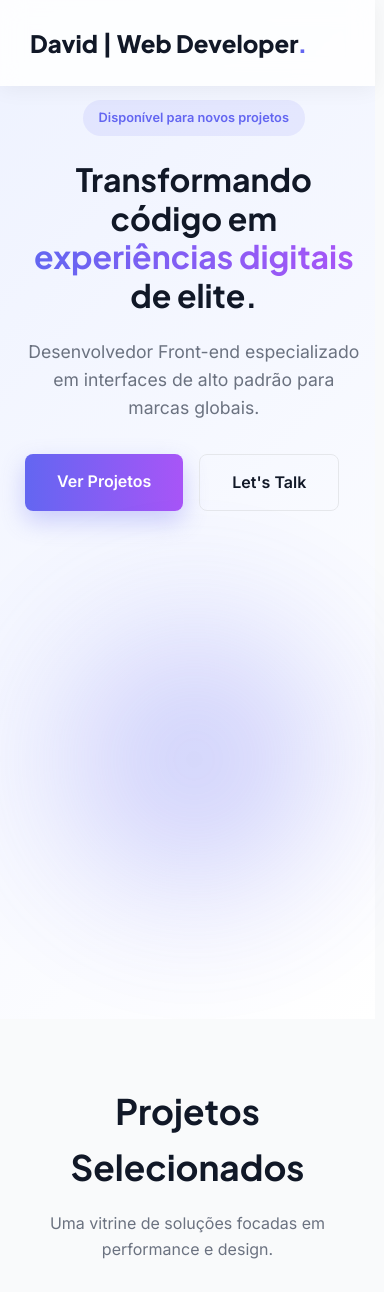
Repository: davidfsillva/David_Ferreira
Page: index.html
These files come from the project's save history. The page is drawn as it stood at one moment and after the next save; the edit follows.
The browser window is 375 px wide. The page is 384 px wide, so the pictures cover 384 px, including what lies to the right of the window. The pictures show the part of the page from y = 0 to 1292 px (the page is 3690 px tall before and 3851 px after).
Pictures or frames that could not be fetched are drawn as grey boxes.

Above is the page before, as saved 2026-02-11 11:49:35.

### index.html
<!DOCTYPE html>
<html lang="pt-BR">
<head>
    <meta charset="UTF-8">
    <meta name="viewport" content="width=device-width, initial-scale=1.0">

    <title>David Ferreira | Desenvolvedor Front-end & UI Designer Premium</title>

    <!-- SEO Primário -->
    <meta name="description" content="David Ferreira é desenvolvedor front-end especializado em interfaces premium, landing pages de alta conversão e experiências digitais modernas.">
    <meta name="keywords" content="Desenvolvedor Front-end, Web Designer, UI Designer, Landing Page, Desenvolvimento Web, Freelancer Brasil">
    <meta name="author" content="David Ferreira">
    <meta name="robots" content="index, follow">
    <link rel="canonical" href="https://seudominio.com/">

    <!-- Open Graph (Facebook, LinkedIn) -->
    <meta property="og:title" content="David Ferreira | Desenvolvedor Front-end Premium">
    <meta property="og:description" content="Interfaces digitais de alto padrão, focadas em performance e conversão.">
    <meta property="og:image" content="https://seudominio.com/preview.jpg">
    <meta property="og:url" content="https://seudominio.com/">
    <meta property="og:type" content="website">

    <!-- Twitter Card -->
    <meta name="twitter:card" content="summary_large_image">
    <meta name="twitter:title" content="David Ferreira | Web Developer">
    <meta name="twitter:description" content="Desenvolvimento web premium focado em performance e design moderno.">
    <meta name="twitter:image" content="https://seudominio.com/preview.jpg">

    <!-- Favicon -->
    <link rel="icon" href="favicon.ico" type="image/x-icon">

    <!-- Fonts -->
    <link href="https://fonts.googleapis.com/css2?family=Inter:wght@300;400;600&family=Plus+Jakarta+Sans:wght@700;800&display=swap" rel="stylesheet">

    <link rel="stylesheet" href="style.css">
</head>


<body>

    <!-- NAVBAR -->
    <nav class="navbar">
        <div class="logo">David | Web Developer<span>.</span></div>
        <ul class="nav-links">
            <li><a href="#about">Sobre</a></li>
            <li><a href="#portfolio">Projetos</a></li>
            <li><a href="#contact" class="btn-sm">Contato</a></li>
        </ul>
    </nav>

    <!-- HERO -->
    <section class="hero">
        <div class="hero-content">
            <span class="badge">Disponível para novos projetos</span>

            <h1>
                Transformando código em
                <span>experiências digitais</span> de elite.
            </h1>

            <p>
                Desenvolvedor Front-end especializado em interfaces de alto padrão para marcas globais.
            </p>

            <div class="hero-btns">
                <a href="#portfolio" class="btn-primary">Ver Projetos</a>
                <a href="#contact" class="btn-secondary">Let's Talk</a>
            </div>
        </div>

        <!-- Visual direito -->
        <div class="hero-visual">
            <div class="hero-glow"></div>
        </div>
    </section>

    <!-- PORTFÓLIO -->
    <section id="portfolio" class="portfolio">
        <div class="section-header">
            <h2>Projetos Selecionados</h2>
            <p>Uma vitrine de soluções focadas em performance e design.</p>
        </div>

        <div class="portfolio-grid">

            <!-- Projeto 1 -->
            <a href="https://davidfsillva.github.io/Alex-Carter/" target="_blank" class="project-link">
                <div class="project-card">
                    <div class="card-image">
                        <img src="img/alex.png"
                            alt="Crypto Dashboard">
                        <div class="card-overlay">
                            <span>Ver Detalhes</span>
                        </div>
                    </div>
                    <div class="card-info">
                        <h3>Alex Carter | Professional Athlete Landing Page</h3>
                        <p>Developed a high-impact personal branding website for a professional athlete.</p>
                    </div>
                </div>
            </a>

            <!-- Projeto 2 -->
            <a href="https://davidfsillva.github.io/e-hammershark/" target="_blank" class="project-link">
                <div class="project-card">
                    <div class="card-image">
                        <img src="img/ecomerce.png"
                            alt="Crypto Dashboard">
                        <div class="card-overlay">
                            <span>Ver Detalhes</span>
                        </div>
                    </div>
                    <div class="card-info">
                        <h3>Hammershark | Fitness Apparel E-commerce</h3>
                        <p>Strategic e-commerce website combining branding, product presentation and seamless shopping experience.</p>
                    </div>
                </div>
            </a>

            <!-- Projeto 3 -->
            <a href="https://davidfsillva.github.io/landing-page/" target="_blank" class="project-link">
                <div class="project-card">
                    <div class="card-image">
                        <img src="img/landingpage.png"
                            alt="Crypto Dashboard">
                        <div class="card-overlay">
                            <span>Ver Detalhes</span>
                        </div>
                    </div>
                    <div class="card-info">
                        <h3>Lucas Andrade | Lead Generation Landing Page</h3>
                        <p>Strategic personal trainer website built to attract and convert local clients.</p>
                    </div>
                </div>
            </a>

            <!-- Projeto 4 -->
            <a href="https://davidfsillva.github.io/beatriz-almeida-adv/" target="_blank" class="project-link">
                <div class="project-card">
                    <div class="card-image">
                        <img src="img/adv.png"
                            alt="Crypto Dashboard">
                        <div class="card-overlay">
                            <span>Ver Detalhes</span>
                        </div>
                    </div>
                    <div class="card-info">
                        <h3>Beatriz Almeida Advogados | Institutional Website</h3>
                        <p>Institutional website designed to convey authority, trust and strategic positioning.</p>
                    </div>
                </div>
            </a>


        </div>
    </section>

    <!-- MODAL -->
    <div class="modal-overlay" id="modalOverlay">
        <div class="modal-content">
            <button class="close-modal">&times;</button>

            <div class="modal-body">
                <div class="modal-img" id="modalImg"></div>

                <div class="modal-text">
                    <h2 id="modalTitle">Nome do Projeto</h2>
                    <p id="modalDesc">Descrição detalhada aqui...</p>

                    <div class="tech-tags" id="modalTech"></div>

                    <div class="modal-actions">
                        <a href="#" class="btn-primary">Visitar Website</a>
                        <a href="https://wa.me/5599999999999" target="_blank" class="btn-secondary">
                            Solicitar Similar
                        </a>
                    </div>
                </div>
            </div>
        </div>
    </div>

    <!-- CTA -->
    <section id="contact" class="cta-section">
        <h2>Pronto para elevar seu nível digital?</h2>
        <p>Estou pronto para transformar sua ideia em uma interface de classe mundial.</p>

        <a href="https://wa.me/5599999999999" target="_blank" class="btn-whatsapp">
            Iniciar Conversa no WhatsApp
        </a>
    </section>

    <!-- FOOTER -->
    <footer>
        <div class="footer-content">
            <p>&copy; 2026 Developer Premium. Todos os direitos reservados.</p>

            <div class="social-links">
                <a href="#" target="_blank">Instagram</a>
                <a href="#" target="_blank">LinkedIn</a>
                <a href="#" target="_blank">GitHub</a>
            </div>
        </div>
    </footer>

    <!-- JS -->
    <script src="scripts.js"></script>

</body>
</html>

### style.css
:root {
  --primary: #6366f1;
  --primary-light: #818cf8;
  --accent: #a855f7;
  --text-dark: #111827;
  --text-light: #6b7280;
  --bg-light: #f9fafb;
  --white: #ffffff;
  --transition: all 0.3s ease;
}

/* RESET */
* {
  margin: 0;
  padding: 0;
  box-sizing: border-box;
}

html {
  scroll-behavior: smooth;
}

body {
  font-family: 'Inter', sans-serif;
  background: var(--bg-light);
  color: var(--text-dark);
  line-height: 1.6;
  animation: fadePage 0.8s ease-in-out;
}

@keyframes fadePage {
  from { opacity: 0; transform: translateY(10px); }
  to { opacity: 1; transform: translateY(0); }
}

/* NAVBAR */
.navbar {
  position: fixed;
  width: 100%;
  top: 0;
  padding: 1.5rem 8%;
  display: flex;
  justify-content: space-between;
  align-items: center;
  background: rgba(255,255,255,0.85);
  backdrop-filter: blur(12px);
  box-shadow: 0 4px 20px rgba(0,0,0,0.05);
  z-index: 1000;
  transition: var(--transition);
}

.logo {
  font-family: 'Plus Jakarta Sans', sans-serif;
  font-weight: 800;
  font-size: 1.5rem;
}

.logo span {
  color: var(--primary);
}

.nav-links {
  display: flex;
  list-style: none;
  gap: 2rem;
}

.nav-links a {
  text-decoration: none;
  color: var(--text-light);
  font-weight: 500;
  transition: var(--transition);
}

.nav-links a:hover {
  color: var(--primary);
  transform: translateY(-2px);
}

/* HERO */
.hero {
  min-height: 100vh;
  padding: 120px 8% 60px;
  display: flex;
  align-items: center;
  justify-content: space-between;
  background: linear-gradient(135deg, #eef2ff, #ffffff);
  flex-wrap: wrap;
}

.hero-content {
  max-width: 600px;
  animation: heroFade 1s ease 0.2s both;
}

@keyframes heroFade {
  from { opacity: 0; transform: translateY(40px); }
  to { opacity: 1; transform: translateY(0); }
}

.badge {
  display: inline-block;
  padding: 0.5rem 1rem;
  background: rgba(99,102,241,0.1);
  color: var(--primary);
  border-radius: 20px;
  font-size: 0.8rem;
  font-weight: 600;
  margin-bottom: 1.5rem;
}

.hero h1 {
  font-family: 'Plus Jakarta Sans', sans-serif;
  font-size: clamp(2rem, 5vw, 3.5rem);
  line-height: 1.2;
  margin-bottom: 1.5rem;
}

.hero h1 span {
  background: linear-gradient(90deg, var(--primary), var(--accent));
  -webkit-background-clip: text;
  -webkit-text-fill-color: transparent;
}

.hero p {
  font-size: 1.1rem;
  color: var(--text-light);
  margin-bottom: 2rem;
}

/* BUTTONS */
.btn-primary,
.btn-secondary,
.btn-whatsapp {
  display: inline-block;
  padding: 0.9rem 2rem;
  border-radius: 8px;
  text-decoration: none;
  font-weight: 600;
  transition: all 0.3s ease;
  position: relative;
  overflow: hidden;
}

.btn-primary {
  background: linear-gradient(90deg, var(--primary), var(--accent));
  color: white;
  box-shadow: 0 10px 25px rgba(99,102,241,0.3);
}

.btn-primary:hover {
  transform: translateY(-4px) scale(1.03);
}

.btn-primary:active {
  transform: scale(0.96);
}

.btn-primary::after {
  content: "";
  position: absolute;
  width: 200%;
  height: 200%;
  background: radial-gradient(circle, rgba(255,255,255,0.4), transparent 60%);
  top: -50%;
  left: -50%;
  opacity: 0;
  transition: opacity 0.4s ease;
}

.btn-primary:hover::after {
  opacity: 1;
}

.btn-secondary {
  border: 1px solid #e5e7eb;
  color: var(--text-dark);
  margin-left: 1rem;
}

.btn-secondary:hover {
  background: #f3f4f6;
  transform: translateY(-4px);
}

.btn-secondary:active {
  transform: scale(0.96);
}

.btn-whatsapp {
  background: #25d366;
  color: white;
}

.btn-whatsapp:hover {
  transform: translateY(-4px) scale(1.03);
}

.btn-whatsapp:active {
  transform: scale(0.96);
}

.hero-btns {
  display: flex;
  flex-wrap: wrap;
}

/* HERO VISUAL */
.hero-visual {
  flex: 1;
  min-height: 400px;
  display: flex;
  justify-content: center;
  align-items: center;
}

.hero-glow {
  width: 350px;
  height: 350px;
  background: radial-gradient(circle, rgba(99,102,241,0.4), transparent 70%);
  border-radius: 50%;
  filter: blur(60px);
  animation: pulseGlow 4s infinite ease-in-out;
}

@keyframes pulseGlow {
  0% { transform: scale(1); opacity: 0.7; }
  50% { transform: scale(1.1); opacity: 1; }
  100% { transform: scale(1); opacity: 0.7; }
}

/* PORTFOLIO */
.portfolio {
  padding: 6rem 8%;
}

.section-header {
  text-align: center;
  margin-bottom: 4rem;
}

.section-header h2 {
  font-family: 'Plus Jakarta Sans', sans-serif;
  font-size: 2.2rem;
  margin-bottom: 1rem;
}

.section-header p {
  color: var(--text-light);
}

.portfolio-grid {
  display: grid;
  grid-template-columns: repeat(auto-fit, minmax(280px, 1fr));
  gap: 2rem;
}

.project-card {
  background: var(--white);
  border-radius: 16px;
  overflow: hidden;
  box-shadow: 0 10px 30px rgba(0,0,0,0.06);
  cursor: pointer;
  transition: transform 0.4s ease, box-shadow 0.4s ease;
  will-change: transform;
}

.project-card:hover {
  transform: translateY(-12px) scale(1.03);
  box-shadow: 0 25px 50px rgba(99,102,241,0.2);
}

.card-image {
  position: relative;
  overflow: hidden;
}

.card-image img {
  width: 100%;
  height: 220px;
  object-fit: cover;
  display: block;
  transition: transform 0.6s ease;
}

.project-card:hover .card-image img {
  transform: scale(1.08);
}

.card-overlay {
  position: absolute;
  inset: 0;
  background: rgba(99,102,241,0.8);
  display: flex;
  justify-content: center;
  align-items: center;
  color: white;
  font-weight: 600;
  opacity: 0;
  transition: opacity 0.4s ease;
}

.project-card:hover .card-overlay {
  opacity: 1;
}

.card-info {
  padding: 1.5rem;
}

.card-info h3 {
  margin-bottom: 0.5rem;
}

.card-info p {
  color: var(--text-light);
}

.project-link {
  text-decoration: none;
  color: inherit;
  display: block;
}


/* CTA */
.cta-section {
  padding: 5rem 8%;
  text-align: center;
  background: linear-gradient(135deg, #eef2ff, #ffffff);
}

/* FOOTER */
footer {
  padding: 2rem 8%;
  background: var(--white);
  border-top: 1px solid #e5e7eb;
}

.footer-content {
  display: flex;
  justify-content: space-between;
  flex-wrap: wrap;
  gap: 1rem;
}

.social-links a {
  text-decoration: none;
  margin-left: 1rem;
  color: var(--text-light);
  transition: var(--transition);
}

.social-links a:hover {
  color: var(--primary);
  transform: translateY(-2px);
}

.cta-section p {
  color: var(--text-light);
  margin-bottom: 2.5rem; /* aumenta espaço abaixo do texto */
}

.btn-whatsapp {
  display: inline-block;
  background: #25d366;
  color: white;
  padding: 1rem 2rem;
  border-radius: 8px;
  text-decoration: none;
  font-weight: 600;
  transition: var(--transition);
  margin-top: 0.5rem; /* pequeno respiro extra */
}


/* MODAL */
.modal-overlay {
  position: fixed;
  inset: 0;
  background: rgba(0,0,0,0.6);
  display: none;
  justify-content: center;
  align-items: center;
  padding: 2rem;
  z-index: 2000;
}

.modal-content {
  background: white;
  width: 100%;
  max-width: 900px;
  border-radius: 20px;
  overflow: hidden;
  animation: modalZoom 0.4s cubic-bezier(.23,1,.32,1);
  position: relative;
}

@keyframes modalZoom {
  from { opacity: 0; transform: scale(0.85) translateY(20px); }
  to { opacity: 1; transform: scale(1) translateY(0); }
}

.modal-body {
  display: grid;
  grid-template-columns: 1fr 1fr;
}

.modal-img {
  min-height: 300px;
  background-size: cover !important;
}

.modal-text {
  padding: 2rem;
}

.close-modal {
  position: absolute;
  top: 20px;
  right: 25px;
  background: none;
  border: none;
  font-size: 2rem;
  cursor: pointer;
  transition: transform 0.3s ease;
}

.close-modal:hover {
  transform: rotate(90deg);
}

/* RESPONSIVO */
@media (max-width: 900px) {
  .hero {
    flex-direction: column;
    text-align: center;
  }

  .hero-visual {
    margin-top: 3rem;
  }

  .modal-body {
    grid-template-columns: 1fr;
  }
}

@media (max-width: 600px) {
  .navbar {
    padding: 1rem 5%;
  }

  .nav-links {
    display: none;
  }

  .hero {
    padding: 100px 5% 60px;
  }

  .portfolio {
    padding: 4rem 5%;
  }

  .cta-section {
    padding: 4rem 5%;
  }

  footer {
    padding: 2rem 5%;
  }

  .footer-content {
    flex-direction: column;
    text-align: center;
  }

  .social-links a {
    margin: 0 0.5rem;
  }
}

### scripts.js
// =============================
// NAVBAR SCROLL EFFECT
// =============================
const navbar = document.querySelector(".navbar");

window.addEventListener("scroll", () => {
  if (window.scrollY > 50) {
    navbar.style.padding = "1rem 8%";
    navbar.style.boxShadow = "0 8px 25px rgba(0,0,0,0.08)";
  } else {
    navbar.style.padding = "1.5rem 8%";
    navbar.style.boxShadow = "0 4px 20px rgba(0,0,0,0.05)";
  }
});

// =============================
// MODAL FUNCTIONALITY
// =============================
const modal = document.querySelector(".modal-overlay");
const modalImg = document.querySelector(".modal-img");
const modalTitle = document.querySelector(".modal-text h3");
const modalDesc = document.querySelector(".modal-text p");
const closeModal = document.querySelector(".close-modal");

const projectCards = document.querySelectorAll(".project-card");

projectCards.forEach(card => {
  card.addEventListener("click", () => {
    const title = card.querySelector("h3").innerText;
    const desc = card.querySelector("p").innerText;
    const img = card.querySelector("img").src;

    modalTitle.innerText = title;
    modalDesc.innerText = desc;
    modalImg.style.backgroundImage = `url(${img})`;

    modal.style.display = "flex";
    document.body.style.overflow = "hidden";
  });
});

// Fechar modal
closeModal.addEventListener("click", () => {
  modal.style.display = "none";
  document.body.style.overflow = "auto";
});

// Fechar clicando fora
modal.addEventListener("click", (e) => {
  if (e.target === modal) {
    modal.style.display = "none";
    document.body.style.overflow = "auto";
  }
});

// Fechar com ESC
document.addEventListener("keydown", (e) => {
  if (e.key === "Escape") {
    modal.style.display = "none";
    document.body.style.overflow = "auto";
  }
});

// =============================
// SCROLL REVEAL ANIMATION
// =============================
const revealElements = document.querySelectorAll(
  ".hero-content, .project-card, .section-header, .cta-section"
);

const observer = new IntersectionObserver(
  (entries) => {
    entries.forEach(entry => {
      if (entry.isIntersecting) {
        entry.target.style.opacity = "1";
        entry.target.style.transform = "translateY(0)";
      }
    });
  },
  { threshold: 0.2 }
);

revealElements.forEach(el => {
  el.style.opacity = "0";
  el.style.transform = "translateY(40px)";
  el.style.transition = "all 0.8s ease";
  observer.observe(el);
});

// =============================
// BUTTON MICRO INTERACTION
// =============================
const buttons = document.querySelectorAll(".btn-primary, .btn-secondary, .btn-whatsapp");

buttons.forEach(btn => {
  btn.addEventListener("mouseenter", () => {
    btn.style.transform = "scale(1.05)";
  });

  btn.addEventListener("mouseleave", () => {
    btn.style.transform = "scale(1)";
  });
});

After the next save:
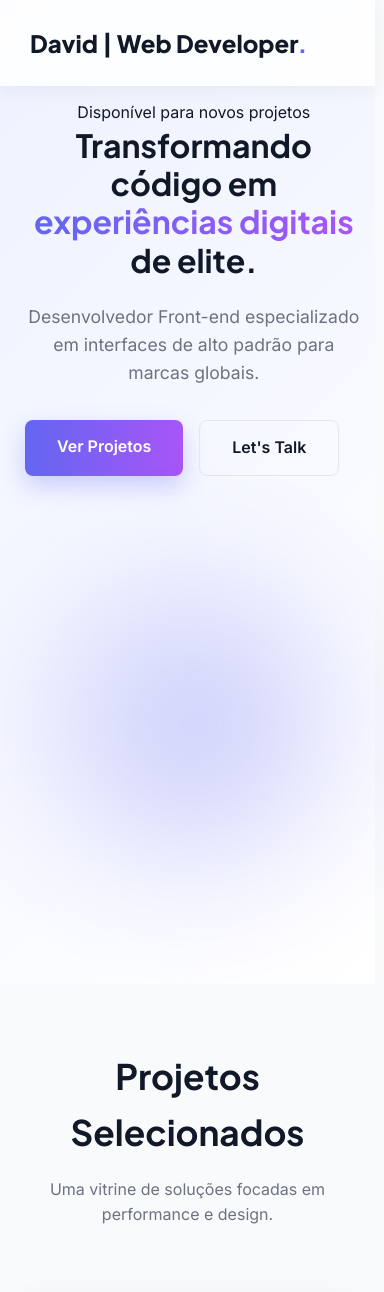
Saved 2 min 34 s later.
--- a/style.css
+++ b/style.css
@@ -98,17 +98,6 @@ body {
   to { opacity: 1; transform: translateY(0); }
 }
 
-.badge {
-  display: inline-block;
-  padding: 0.5rem 1rem;
-  background: rgba(99,102,241,0.1);
-  color: var(--primary);
-  border-radius: 20px;
-  font-size: 0.8rem;
-  font-weight: 600;
-  margin-bottom: 1.5rem;
-}
-
 .hero h1 {
   font-family: 'Plus Jakarta Sans', sans-serif;
   font-size: clamp(2rem, 5vw, 3.5rem);
@@ -137,7 +126,7 @@ body {
   border-radius: 8px;
   text-decoration: none;
   font-weight: 600;
-  transition: all 0.3s ease;
+  transition: var(--transition);
   position: relative;
   overflow: hidden;
 }
@@ -156,22 +145,6 @@ body {
   transform: scale(0.96);
 }
 
-.btn-primary::after {
-  content: "";
-  position: absolute;
-  width: 200%;
-  height: 200%;
-  background: radial-gradient(circle, rgba(255,255,255,0.4), transparent 60%);
-  top: -50%;
-  left: -50%;
-  opacity: 0;
-  transition: opacity 0.4s ease;
-}
-
-.btn-primary:hover::after {
-  opacity: 1;
-}
-
 .btn-secondary {
   border: 1px solid #e5e7eb;
   color: var(--text-dark);
@@ -190,6 +163,7 @@ body {
 .btn-whatsapp {
   background: #25d366;
   color: white;
+  margin-top: 0.5rem;
 }
 
 .btn-whatsapp:hover {
@@ -262,7 +236,6 @@ body {
   box-shadow: 0 10px 30px rgba(0,0,0,0.06);
   cursor: pointer;
   transition: transform 0.4s ease, box-shadow 0.4s ease;
-  will-change: transform;
 }
 
 .project-card:hover {
@@ -316,13 +289,6 @@ body {
   color: var(--text-light);
 }
 
-.project-link {
-  text-decoration: none;
-  color: inherit;
-  display: block;
-}
-
-
 /* CTA */
 .cta-section {
   padding: 5rem 8%;
@@ -330,23 +296,22 @@ body {
   background: linear-gradient(135deg, #eef2ff, #ffffff);
 }
 
+.cta-section p {
+  color: var(--text-light);
+  margin-bottom: 2.5rem;
+}
+
 /* FOOTER */
 footer {
   padding: 2rem 8%;
   background: var(--white);
   border-top: 1px solid #e5e7eb;
-}
-
-.footer-content {
-  display: flex;
-  justify-content: space-between;
-  flex-wrap: wrap;
-  gap: 1rem;
+  text-align: center;
 }
 
 .social-links a {
   text-decoration: none;
-  margin-left: 1rem;
+  margin: 0 0.5rem;
   color: var(--text-light);
   transition: var(--transition);
 }
@@ -354,80 +319,6 @@ footer {
 .social-links a:hover {
   color: var(--primary);
   transform: translateY(-2px);
-}
-
-.cta-section p {
-  color: var(--text-light);
-  margin-bottom: 2.5rem; /* aumenta espaço abaixo do texto */
-}
-
-.btn-whatsapp {
-  display: inline-block;
-  background: #25d366;
-  color: white;
-  padding: 1rem 2rem;
-  border-radius: 8px;
-  text-decoration: none;
-  font-weight: 600;
-  transition: var(--transition);
-  margin-top: 0.5rem; /* pequeno respiro extra */
-}
-
-
-/* MODAL */
-.modal-overlay {
-  position: fixed;
-  inset: 0;
-  background: rgba(0,0,0,0.6);
-  display: none;
-  justify-content: center;
-  align-items: center;
-  padding: 2rem;
-  z-index: 2000;
-}
-
-.modal-content {
-  background: white;
-  width: 100%;
-  max-width: 900px;
-  border-radius: 20px;
-  overflow: hidden;
-  animation: modalZoom 0.4s cubic-bezier(.23,1,.32,1);
-  position: relative;
-}
-
-@keyframes modalZoom {
-  from { opacity: 0; transform: scale(0.85) translateY(20px); }
-  to { opacity: 1; transform: scale(1) translateY(0); }
-}
-
-.modal-body {
-  display: grid;
-  grid-template-columns: 1fr 1fr;
-}
-
-.modal-img {
-  min-height: 300px;
-  background-size: cover !important;
-}
-
-.modal-text {
-  padding: 2rem;
-}
-
-.close-modal {
-  position: absolute;
-  top: 20px;
-  right: 25px;
-  background: none;
-  border: none;
-  font-size: 2rem;
-  cursor: pointer;
-  transition: transform 0.3s ease;
-}
-
-.close-modal:hover {
-  transform: rotate(90deg);
 }
 
 /* RESPONSIVO */
@@ -440,10 +331,6 @@ footer {
   .hero-visual {
     margin-top: 3rem;
   }
-
-  .modal-body {
-    grid-template-columns: 1fr;
-  }
 }
 
 @media (max-width: 600px) {
@@ -470,13 +357,4 @@ footer {
   footer {
     padding: 2rem 5%;
   }
-
-  .footer-content {
-    flex-direction: column;
-    text-align: center;
-  }
-
-  .social-links a {
-    margin: 0 0.5rem;
-  }
-}
+}
